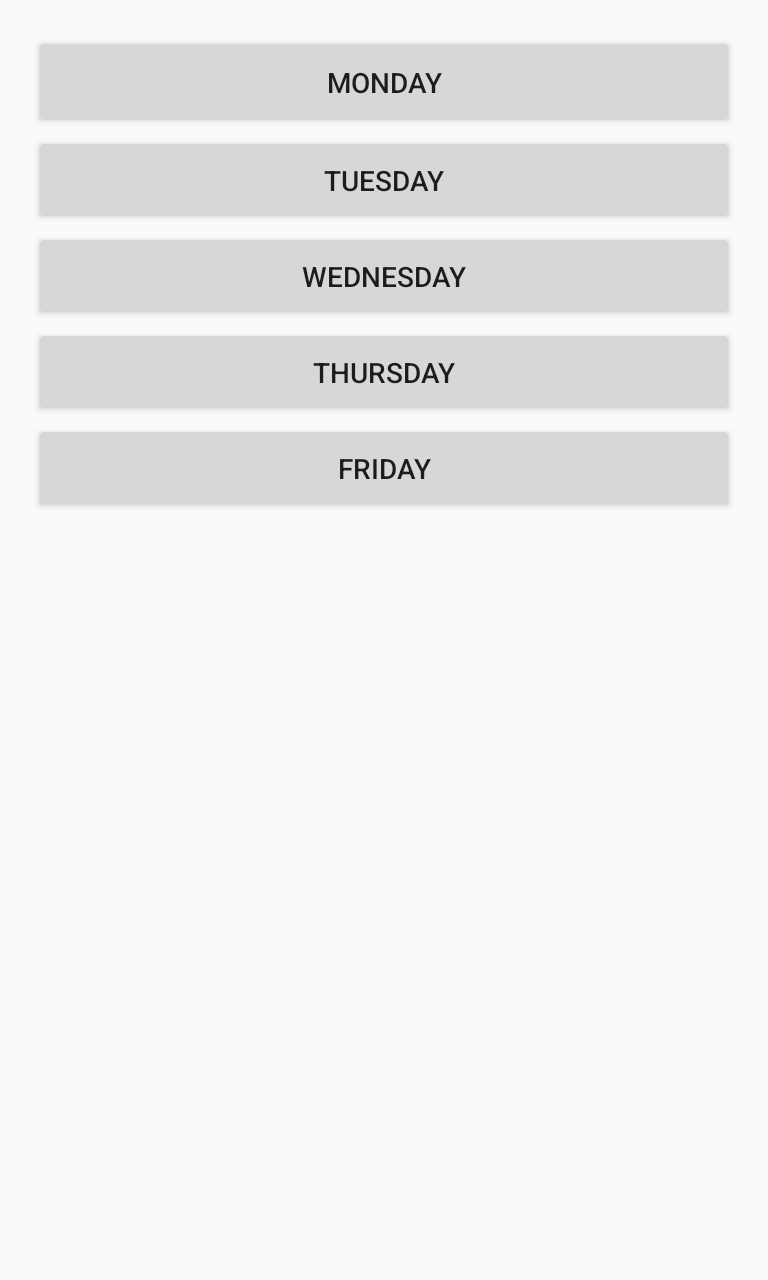
Repository: apoorvelec/AndroidApps
Layout: Gymdroid/res/layout/activity_main.xml
An editor plug-in stored every save of this project. The layout is shown before and after the next save, followed by the edit.
It is drawn on a 768 x 1280 px phone screen (xhdpi) without system bars, with theme AppTheme; the app's code is not run.

Above is the layout before, as saved 2016-07-16 20:09:44.

After the next save:
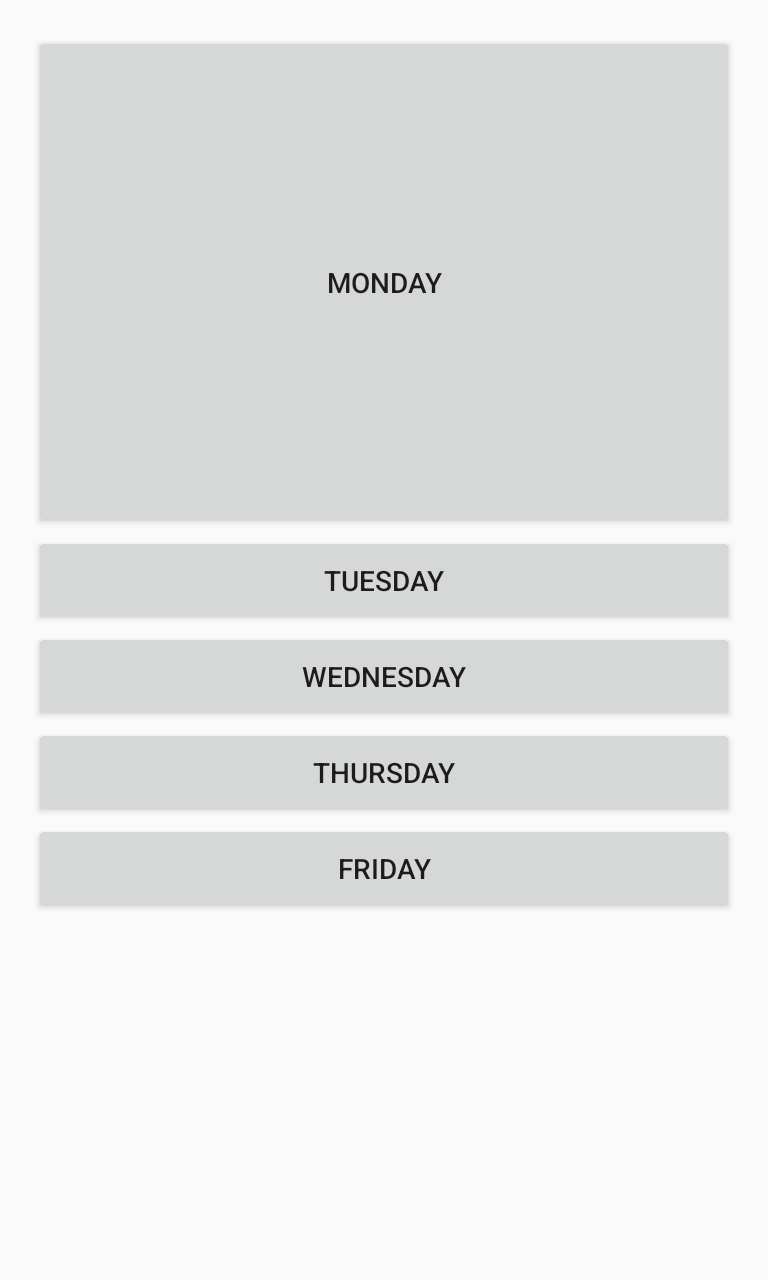
Saved 28 s later.
--- a/Gymdroid/res/layout/activity_main.xml
+++ b/Gymdroid/res/layout/activity_main.xml
@@ -12,7 +12,7 @@
     <Button
         android:id="@+id/Monday"
         android:layout_width="fill_parent"
-        android:layout_height="100px"
+        android:layout_height="500px"
         android:text="@string/monday_button"
         />
     <Button
